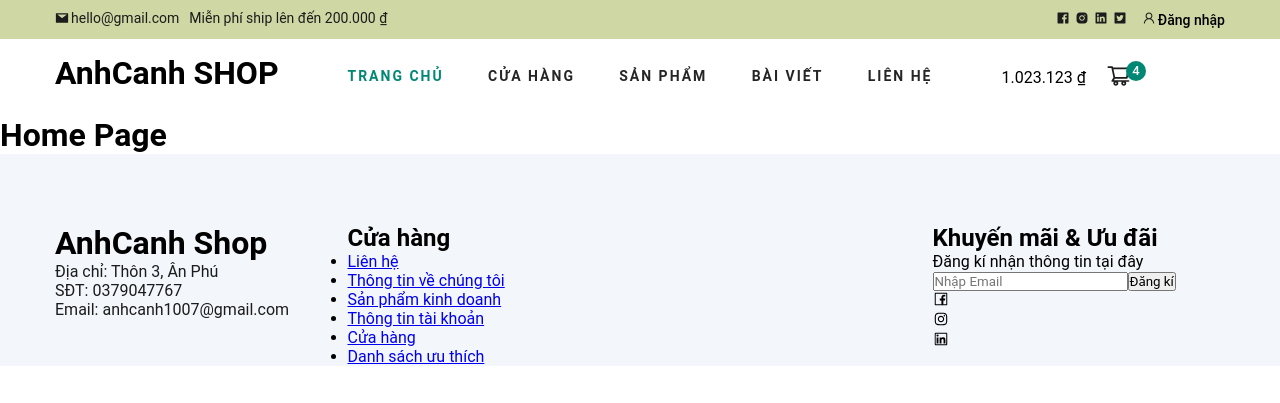
Repository: anhcanh1007/show_product
Page: /
These files come from the project's save history. The page is drawn as it stood at one moment and after a run of saves; the edit follows.
The browser window is 1280 px wide. The pictures show the whole page.
The project was rebuilt for these pictures with package versions that can differ from the ones it lists, and the page was loaded fresh each time. Imported but missing from the stored project, and not drawn on this page: src/pages/user/profilePage.

Above is the page before, as saved 2024-01-26 23:00:07.

### src/index.js
import React from "react";
import ReactDOM from "react-dom/client";
import { BrowserRouter } from "react-router-dom";
import RouterCustom from "./router";
import "./style/style.scss";

const root = ReactDOM.createRoot(document.getElementById("root"));
root.render(
  <BrowserRouter>
    <RouterCustom />
  </BrowserRouter>
);

// If you want to start measuring performance in your app, pass a function
// to log results (for example: reportWebVitals(console.log))
// or send to an analytics endpoint. Learn more: https://bit.ly/CRA-vitals

### src/router.js
import { ROUTERS } from "./utils/router";
import HomePage from "./pages/user/homePage";
import ProfilePage from "./pages/user/profilePage";
import { Route, Routes } from "react-router-dom";
import MasterLayout from "./pages/user/theme/masterLayout";

const renderUserRouter = () => {
  const userRouters = [
    {
      path: ROUTERS.USER.HOME,
      component: <HomePage />,
    },
    {
      path: ROUTERS.USER.PROFILE,
      component: <ProfilePage />,
    },
  ];

  return (
    <MasterLayout>
      <Routes>
        {userRouters.map((item, key) => (
          <Route key={key} path={item.path} element={item.component} />
        ))}
      </Routes>
    </MasterLayout>
  );
};

const RouterCustom = () => {
  return renderUserRouter();
};

export default RouterCustom;

### src/style/style.scss
@import './pages/all';
@import './pages/responsive';

### src/utils/router.js
export const ROUTERS = {
  USER: {
    HOME: "",
    PROFILE: "thong-tin-ca-nhan",
  },
};

### src/pages/user/homePage/index.js
import { memo } from "react";

const HomePage = () => {
  return <h1>Home Page</h1>;
};

export default memo(HomePage);

### src/pages/user/theme/masterLayout/index.js
import { memo } from "react";
import Header from "../header";
import Footer from "../footer";

const MasterLayout = ({ children, ...props }) => {
  return (
    <div {...props}>
      <Header />
      {children}
      <Footer />
    </div>
  );
};

export default memo(MasterLayout);

### src/style/pages/_all.scss
@use "sass:map";
@import './theme';
@import './responsive';

html, body {
    margin: 0;
}

* {
    font-family: Roboto;
    padding: 0;
    margin: 0;
}

.container {
    max-width: 1170px;
    width: 100%;
    padding-left: 15px;
    padding-right: 15px;
    // background: map.get($theme-colors, "main");
    margin: auto;
}

.row {
    display: flex;
    flex-wrap: wrap;
}

.col-6 {
    flex: 0 0 50%;
    max-width: 50%;
}

.col-lg-3 {
    flex: 0 0 25%;
    max-width: 25%;
}

.col-lg-6 {
    flex: 0 0 50%;
    max-width: 50%;
}

@include Responsive($DESTOP) {
    .col-xl-3 {
        flex: 0 0 25%;
        max-width: 25%;
    }
    .col-xl-6 {
        flex: 0 0 50%;
        max-width: 50%;
    }
}

@include Responsive($MEDIUM_DEVICE) {
    .col-lg-3 {
        flex: 0 0 25%;
        max-width: 25%;
        background: red;
    }
}

### src/style/pages/_theme.scss
$theme-colors : (
    "main" : #008874,
    "normal_text": #1c1c1c,
    "bold_text": #252525,
)

### src/style/pages/_responsive.scss
$DESTOP: "DESTOP";
$MEDIUM_DEVICE: "MEDIUM_DEVICE";
$TABLE_DEVICE: "TABLE_DEVICE";
$WIDE_MOBILE: "WIDE_MOBILE";
$SMALL_DEVICES: "SMALL_DEVICES";

@mixin Responsive($canvas) {
    @if $canvas == $DESTOP {
        @media only screen and (min-width: 1200px){
            @content;
        }
    } @else if $canvas == $MEDIUM_DEVICE {
        @media only screen and (min-width: 992px) and (max-width: 1199px){
            @content;
        }
    } @else if $canvas == $TABLE_DEVICE {
        @media only screen and (min-width: 768px) and (max-width: 991px){
            @content;
        }
    } @else if $canvas == $WIDE_MOBILE {
        @media only screen and (max-width: 767px){
            @content;
        }
    } @else if $canvas == $MEDIUM_DEVICE {
        @media only screen and (max-width: 575px){
            @content;
        }
    }
}

### src/pages/user/theme/header/index.js
import { memo, useState } from "react";
import {
  AiFillFacebook,
  AiFillInstagram,
  AiFillLinkedin,
  AiFillMail,
  AiFillTwitterSquare,
  AiOutlineShoppingCart,
  AiOutlineUser,
} from "react-icons/ai";
import "./style.scss";
import { Link } from "react-router-dom";
import { formater } from "utils/formater";
import { ROUTERS } from "utils/router";

const Header = () => {
  const [menus, setMenus] = useState([
    {
      name: "Trang chủ",
      path: ROUTERS.USER.HOME,
    },
    {
      name: "Cửa hàng",
      path: ROUTERS.USER.HOME,
    },
    {
      name: "Sản phẩm",
      path: "",
      isShowSubmenu: false,
      child: [
        {
          name: "Thịt",
          path: "",
        },
        {
          name: "Rau củ",
          path: "",
        },
        {
          name: "Thức ăn nhanh",
          path: "",
        },
      ],
    },
    {
      name: "Bài viết",
      path: ROUTERS.USER.HOME,
    },
    {
      name: "Liên hệ",
      path: ROUTERS.USER.HOME,
    },
  ]);
  return (
    <>
      <div className="header__top">
        <div className="container">
          <div className="row">
            <div className="col-6 header__top_left">
              <ul>
                <li>
                  <AiFillMail />
                  <span>hello@gmail.com</span>
                </li>
                <li>Miễn phí ship lên đến {formater(200000)}</li>
              </ul>
            </div>
            <div className="col-6 header__top_right">
              <ul>
                <li>
                  <Link to={""}>
                    <AiFillFacebook />
                  </Link>
                </li>
                <li>
                  <Link to={""}>
                    <AiFillInstagram />
                  </Link>
                </li>
                <li>
                  <Link to={""}>
                    <AiFillLinkedin />
                  </Link>
                </li>
                <li>
                  <Link to={""}>
                    <AiFillTwitterSquare />
                  </Link>
                </li>
                <li>
                  <Link to={""}>
                    <AiOutlineUser />
                  </Link>
                  <span>Đăng nhập</span>
                </li>
              </ul>
            </div>
          </div>
        </div>
      </div>
      <div className="container">
        <div className="row">
          <div className="col-xl-3">
            <div className="header__logo">
              <h1>AnhCanh SHOP</h1>
            </div>
          </div>
          <div className="col-xl-6">
            <nav className="header__menu">
              <ul>
                {menus?.map((menu, menuKey) => (
                  <li key={menuKey} className={menuKey === 0 ? "active" : ""}>
                    <Link to={menu.path}>{menu.name}</Link>
                    {menu.child && (
                      <ul className="header__menu_dropdown">
                        {menu.child.map((childItem, childKey) => (
                          <li key={`${menuKey}-${childKey}`}>
                            <Link to={childItem.path}>{childItem.name}</Link>
                          </li>
                        ))}
                      </ul>
                    )}
                  </li>
                ))}
              </ul>
            </nav>
          </div>
          <div className="col-xl-3">
            <div className="header__cart">
              <div className="header__cart_price">
                <span>{formater(1023123)}</span>
              </div>
              <ul>
                <li>
                  <Link to="#">
                    <AiOutlineShoppingCart /> <span>4</span>
                  </Link>
                </li>
              </ul>
            </div>
          </div>
        </div>
      </div>
    </>
  );
};

export default memo(Header);

### src/pages/user/theme/footer/index.js
import { memo } from "react";
import "./style.scss";
import { Link } from "react-router-dom";
import {
  AiOutlineFacebook,
  AiOutlineInstagram,
  AiOutlineLinkedin,
} from "react-icons/ai";

const Footer = () => {
  return (
    <>
      <footer className="footer">
        <div className="container">
          <div className="row">
            <div className="col-lg-3">
              <div className="footer__about">
                <h1 className="footer__about_logo">AnhCanh Shop</h1>
                <ul>
                  <li>Địa chỉ: Thôn 3, Ân Phú</li>
                  <li>SĐT: 0379047767</li>
                  <li>Email: anhcanh1007@gmail.com</li>
                </ul>
              </div>
            </div>
            <div className="col-lg-6">
              <div className="footer__widget">
                <h2>Cửa hàng</h2>
                <ul>
                  <li>
                    <Link to="">Liên hệ</Link>
                  </li>
                  <li>
                    <Link to="">Thông tin về chúng tôi</Link>
                  </li>
                  <li>
                    <Link to="">Sản phẩm kinh doanh</Link>
                  </li>
                </ul>
                <ul>
                  <li>
                    <Link to="">Thông tin tài khoản</Link>
                  </li>
                  <li>
                    <Link to="">Cửa hàng</Link>
                  </li>
                  <li>
                    <Link to="">Danh sách ưu thích</Link>
                  </li>
                </ul>
              </div>
            </div>
            <div className="col-lg-3">
              <div className="footer__widget">
                <h2>Khuyến mãi & Ưu đãi</h2>
                <p>Đăng kí nhận thông tin tại đây</p>
                <form action="#">
                  <div>
                    <input type="text" placeholder="Nhập Email" />
                    <button type="submit" className="submit-button">
                      Đăng kí
                    </button>
                  </div>
                  <div>
                    <div>
                      <AiOutlineFacebook />
                    </div>
                    <div>
                      <AiOutlineInstagram />
                    </div>
                    <div>
                      <AiOutlineLinkedin />
                    </div>
                  </div>
                </form>
              </div>
            </div>
          </div>
        </div>
      </footer>
    </>
  );
};

export default memo(Footer);

### src/pages/user/theme/header/style.scss
@use "sass:map";
@import 'style/pages/_theme.scss';
.header__top{
    background-color: #CFD7A4;
}

.header__top_left {
    padding: 10px 0 10px;
    ul {
        display: flex;
        align-items: center;
        column-gap: 10px;
        list-style: none;

        li{
            font-size: 14px;
            color: map.get($theme-colors, "normal_text");
            display: flex;
            align-items: center;
            column-gap: 2px;
        }
    }
}

.header__top_right {
    display: flex;
    justify-content: flex-end;
    padding: 10px 0 10px;
    align-items: center;

    ul {
        display: flex;
        column-gap: 5px;
        list-style: none;

        li:last-child{
            margin-left: 10px;

            span {
                font-size: 14px;
                margin-left: 2px;
                font-weight: 500;
            }
        }

        a {
            font-size: 14px;
            display: inline-block;
            color: map.get($theme-colors, "normal_text");
        }
    }
}

.header__logo {
    padding: 15px 0;
}

.header__menu {
    padding: 24px 0;

    ul {
        display: flex;
        justify-content: space-between;

        li {
            list-style: none;

            a {
                text-decoration: none;
                font-size: 14px;
                color: map.get($theme-colors, 'bold_text');
                font-weight: bold;
                text-transform: uppercase;
                letter-spacing: 2px;
                transition: all 0.3s;
                padding: 5px 0;
                display: block;
            }
        }

        li:hover .header__menu_dropdown {
            opacity: 1;
            visibility: visible;
        }

        .active a{
            color: map.get($theme-colors, 'main');
        }

        .header__menu_dropdown {
            background-color: #222222;
            display: block;
            position: absolute;
            width: 180px;
            z-index: 9;
            padding: 5px 0;
            transition: all, 0.3s;
            opacity: 0;
            visibility: hidden;

            a{
                text-transform: capitalize;
                color: #ffffff;
                font-weight: 400;
                padding: 5px 15px;
            }

            :hover {
                color: map.get($theme-colors, 'main');
            }
        }
    }
}

.header__cart {
    display: flex;
    justify-content: center;
    align-items: center;
    padding: 24px 0;

    ul {
        display: flex;
        margin-right: 25px;

        li {
            list-style: none;
            position: relative;
            margin-left: 20px;

            svg {
                font-size: 25px;
                color: map.get($theme-colors, "normal_text");
            }

            span {
                color: white;
                background-color: map.get($theme-colors, "main");
                position: absolute;
                height: 20px;
                width: 20px;
                border-radius: 40px;
                display: inline-block;
                text-align: center;
                line-height: 20px;
                font-size: 13px;
                font-weight: 500;
                left: 20px;
                top: -2px;
            }
        }
    }

}

### src/utils/formater.js
export const formater = (number) => {
  return new Intl.NumberFormat("vi-VN", {
    style: "currency",
    currency: "VND",
  }).format(number);
};

### src/pages/user/theme/footer/style.scss
@use "sass:map";
@import 'style/pages/_theme.scss';

.footer {
    background: #F3F6FA;
    padding-top: 70px;
    padding-bottom: 0;
    .footer__about {
        margin-bottom: 30px;

        .footer__about_logo {

        }

        ul {

            li {
                list-style: none;
                color: map.get($theme-colors, 'normal_text');
            }
        }
    }
}

Loaded but not shown: public/index.html (common file)

After the next 3 saves:
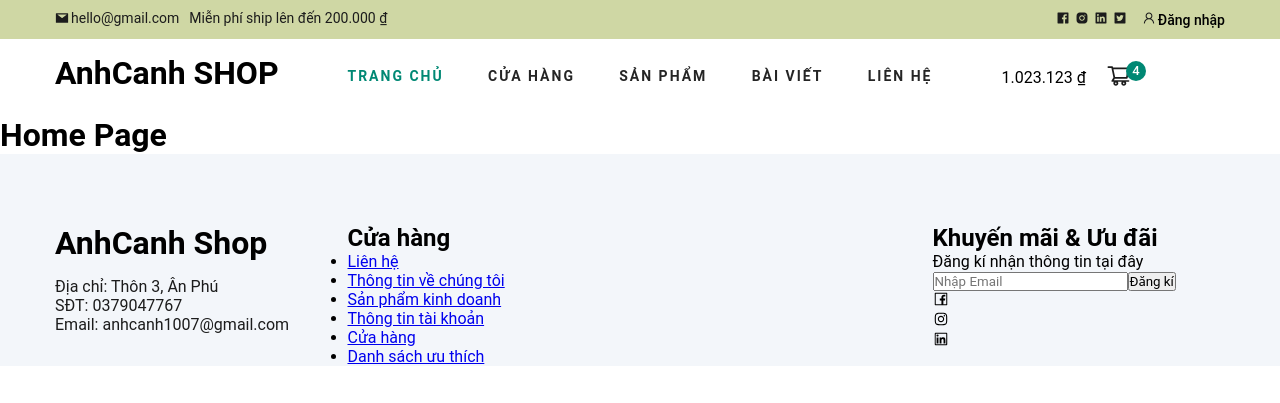
The 3 saves are shown as one change because they came seconds apart.
The last was saved 17 s later.
--- a/src/pages/user/theme/footer/style.scss
+++ b/src/pages/user/theme/footer/style.scss
@@ -9,7 +9,8 @@
         margin-bottom: 30px;
 
         .footer__about_logo {
-
+            margin-bottom: 15px;
+            display: inline-block;
         }
 
         ul {
